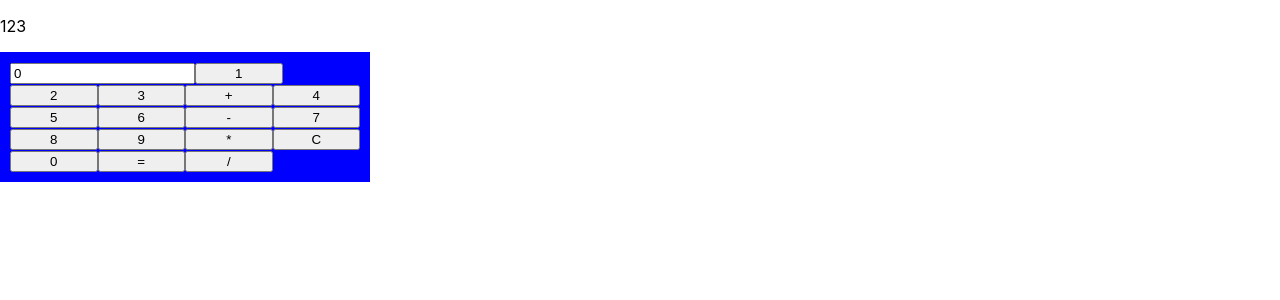
Repository: qudos4real/calculator
Page: /
These files come from the project's save history. The page is drawn as it stood at one moment and after the next save; the edit follows.
The browser window is 1280 px wide. The pictures show the whole page.
The project was rebuilt for these pictures with package versions that can differ from the ones it lists, and the page was loaded fresh each time.

Above is the page before, as saved 2022-10-09 02:55:02.

After the next save:
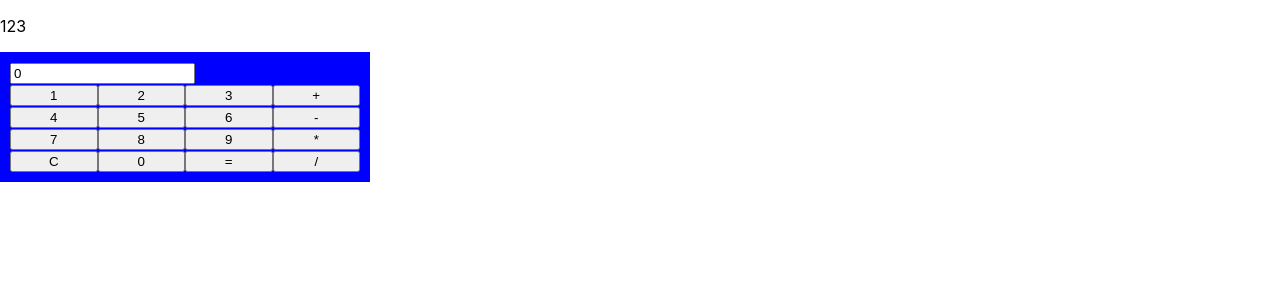
Saved 1 s later.
--- a/src/components/Buttons.js
+++ b/src/components/Buttons.js
@@ -15,7 +15,7 @@ function Buttons() {
   const [val, setVal] = useState(0)
   return (
     <div className="buttonWrapper">
-      <input type="text" className='screen' value={val}/>
+      <input type="text" className='screen' value={val}/> <br />
       {numbers.flat().map((num) => {
         return (
           <button className="num" key={num} value={num} onClick={(e) => setVal(val + e.target.value)
